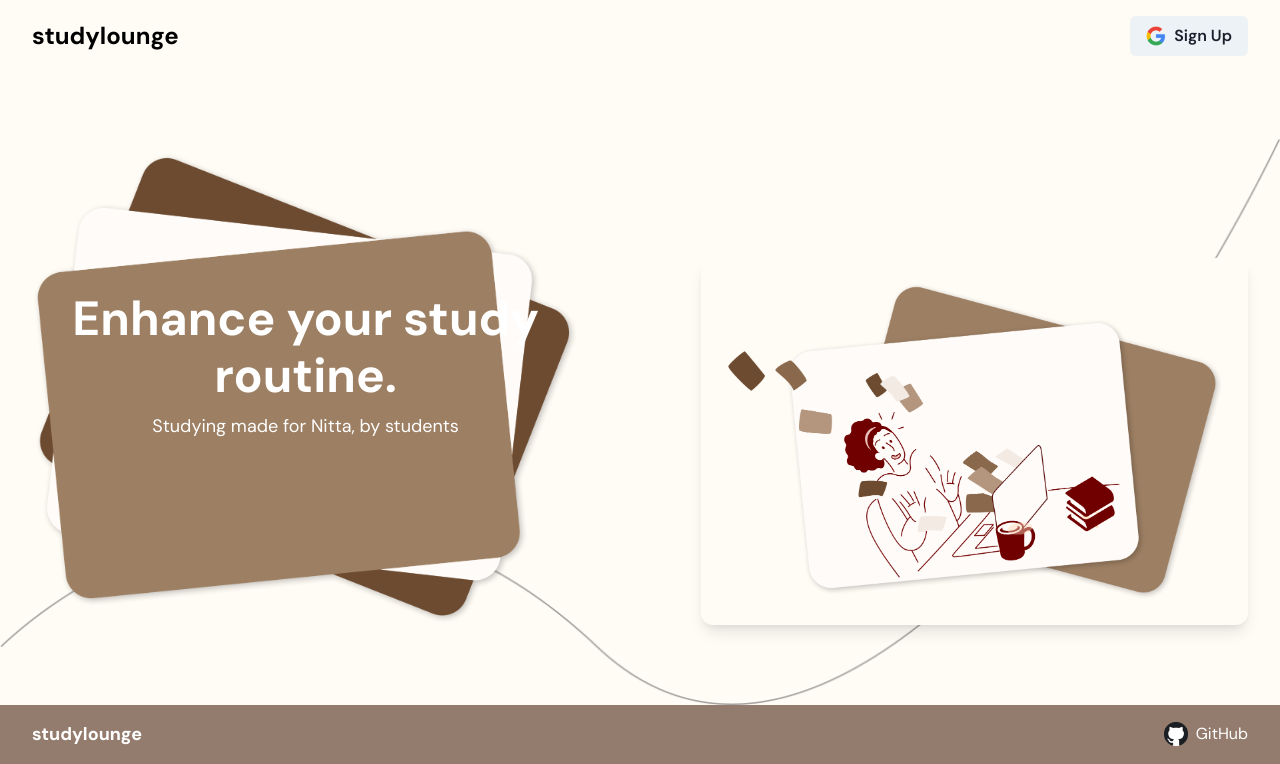
Repository: greg-chang/flashcard-website
Page: / (app in frontend/)
An editor plug-in stored every save of this project. The page is shown before and after the next save, followed by the edit.
The browser window is 1280 px wide. The pictures show the whole page.
The page's requests for data from a server got no answer. The project was rebuilt for these pictures with package versions that can differ from the ones it lists, and the page was loaded fresh each time. Some packages were replaced by stand-ins written for this rebuild. The framework's server and built-in components were replaced by stand-ins that run in the browser. No one was signed in, and anything a server would have sent is missing. Also part of the build but not shown: frontend/next.config.ts, frontend/src/components/Dashboard.tsx.

Above is the page before, as saved 2025-06-08 14:48:11.

After the next save:
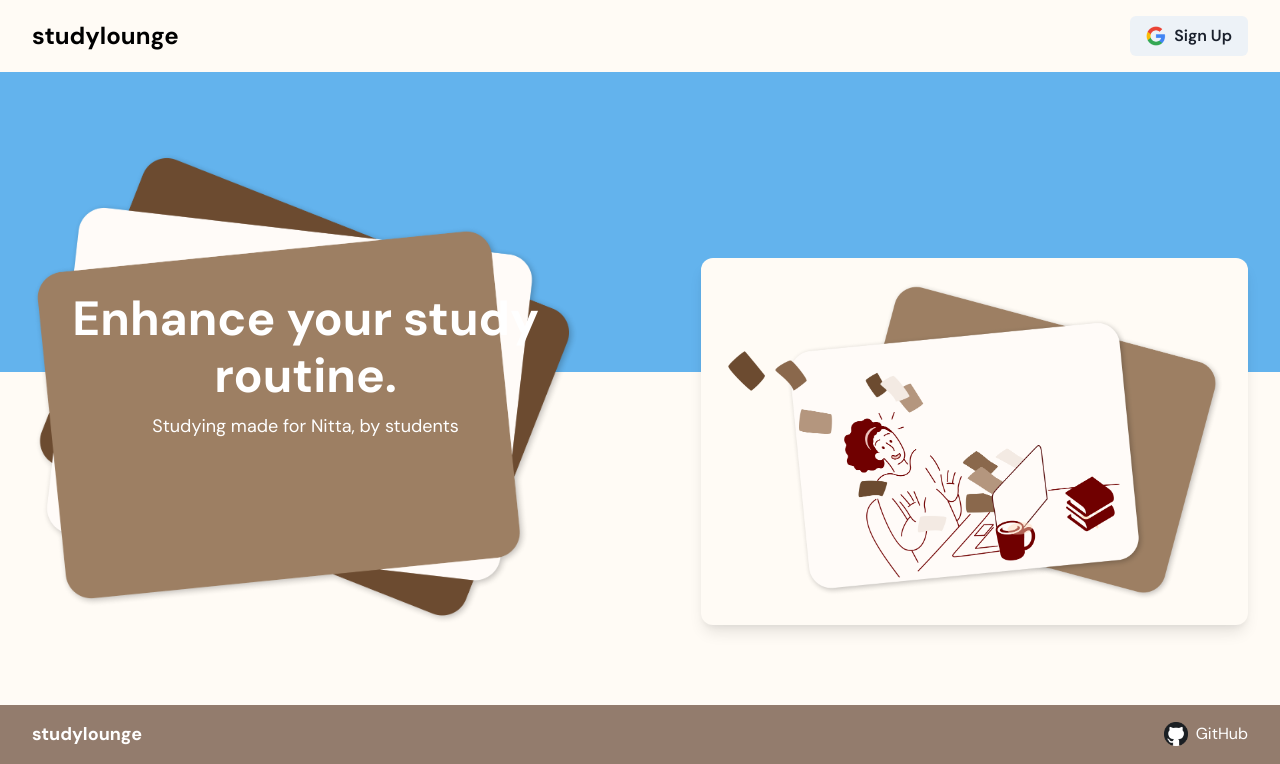
Saved 12 s later.
--- a/frontend/src/components/Homepage.tsx
+++ b/frontend/src/components/Homepage.tsx
@@ -38,19 +38,20 @@ export default function Homepage() {
         flex="1"
         position="relative"
       >
-        {/* Background Wave - Re-enabling original Box and adjusting properties */}
+        {/* Background Wave */}
         <Box
           position="absolute"
           top="0"
           left="0"
           width="100%"
-          height="100%"
+          height="300px"
           backgroundImage={`url(${StyleLine.src})`}
           backgroundSize="100% auto"
           backgroundRepeat="no-repeat"
           backgroundPosition="bottom"
           zIndex="0"
-          opacity="0.5"
+          opacity="1"
+          bg="blue.300"
         />
 
         {/* Left Section: Grouped Cards Image */}
